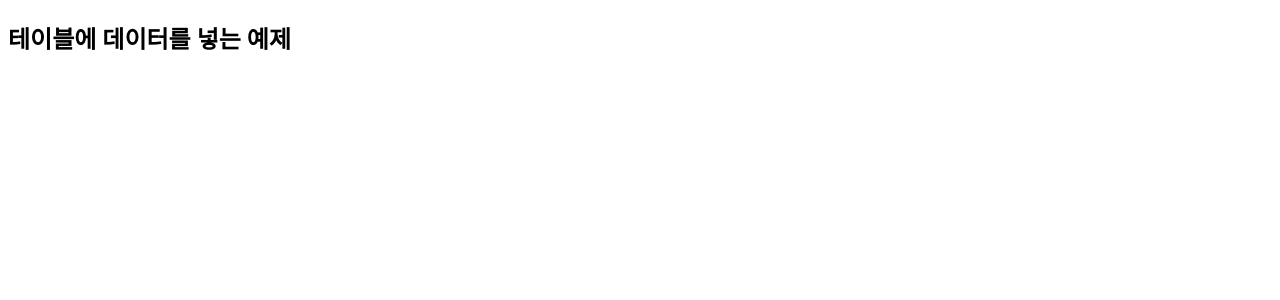
Repository: heyJSH/Study_java_web_sol
Page: http://localhost/jspweb_07/forstat.jsp
The author's editor kept a copy of each file at every save. The page is drawn from the files as they stood at one save, then again after the next save.
The browser window is 1280 px wide. The pictures show the whole page.
The page is served by Tomcat 9.

Above is the page before, as saved 2024-01-11 00:24:59.

After the next save:
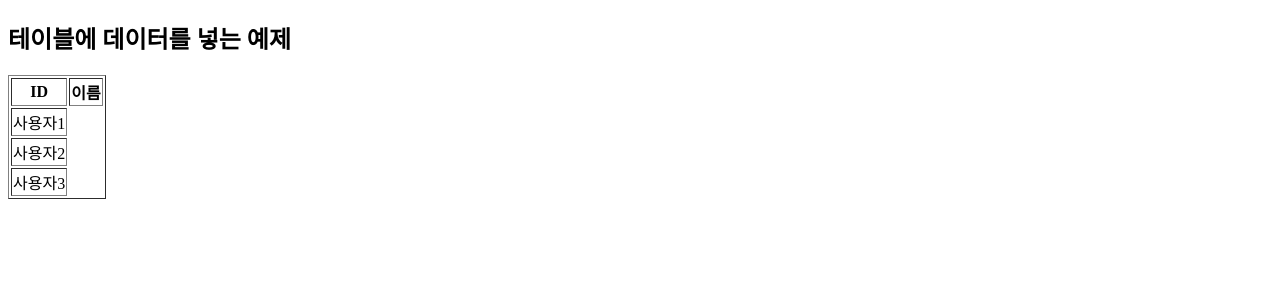
Saved 3 min 35 s later.
--- a/teacher_lecture/cotogether/workspace_stsb_4_21/jspweb_07/src/main/webapp/forstat.jsp
+++ b/teacher_lecture/cotogether/workspace_stsb_4_21/jspweb_07/src/main/webapp/forstat.jsp
@@ -1,5 +1,6 @@
 <%@ page language="java" contentType="text/html; charset=UTF-8"
     pageEncoding="UTF-8"%>
+<%@ page import="java.util.*" %>
 <!DOCTYPE html>
 <html>
 <head>
@@ -11,5 +12,32 @@
 	<%
 		out.println("<h2>테이블에 데이터를 넣는 예제</h2>");
 	%>
+
+	<%
+	    // 사용자 리스트 (가정)
+	    ArrayList<String> userList = new ArrayList<>();
+	    userList.add("사용자1");
+	    userList.add("사용자2");
+	    userList.add("사용자3");
+
+	    // 테이블 시작
+	    out.println("<table border='1'>");
+
+	    // 테이블 헤더
+	    out.println("<tr>");
+	    out.println("<th>ID</th>");
+	    out.println("<th>이름</th>");
+	    out.println("</tr>");
+
+	    // 사용자 리스트를 테이블에 추가
+	    for (String user : userList) {
+	        out.println("<tr>");
+	        out.println("<td>" + user + "</td>");
+	        out.println("</tr>");
+	    }
+
+	    // 테이블 종료
+	    out.println("</table>");
+	%>
 </body>
 </html>
